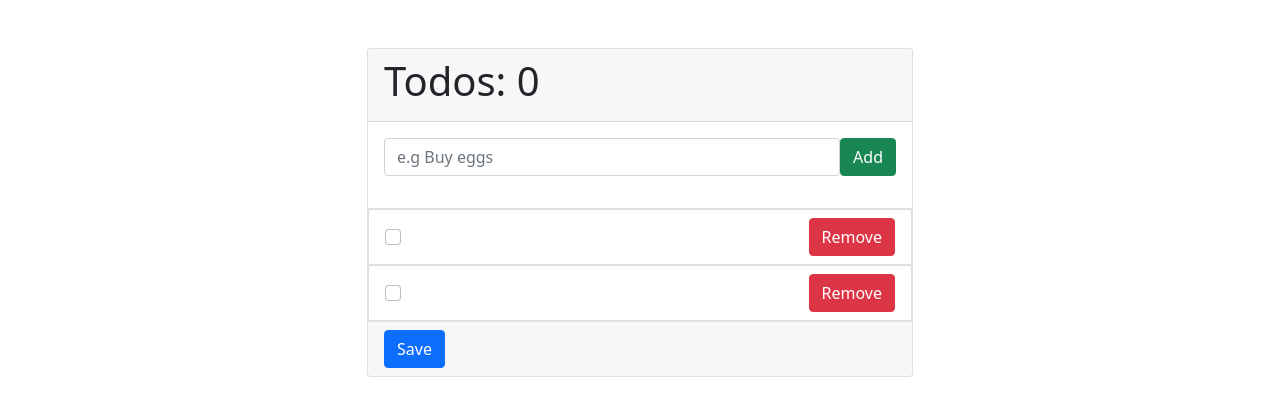
Repository: saidabbasun/TODO-react-redux
Page: /
An editor plug-in stored every save of this project. The page is shown before and after a run of saves, followed by the edit.
The browser window is 1280 px wide. The pictures show the whole page.
The project was rebuilt for these pictures with package versions that can differ from the ones it lists, and the page was loaded fresh each time.

Above is the page before, as saved 2022-05-18 08:51:54.

### public/index.html
<!DOCTYPE html>
<html lang="en">
  <head>
    <meta charset="utf-8" />

    <meta name="viewport" content="width=device-width, initial-scale=1" />
    <meta name="theme-color" content="#000000" />
    <meta
      name="description"
      content="Web site created using create-react-app"
    />
    <link href="https://cdn.jsdelivr.net/npm/bootstrap@5.0.2/dist/css/bootstrap.min.css" rel="stylesheet" integrity="sha384-EVSTQN3/azprG1Anm3QDgpJLIm9Nao0Yz1ztcQTwFspd3yD65VohhpuuCOmLASjC" crossorigin="anonymous">

    <title>React App</title>
  </head>
  <body>

    <div id="root"></div>

  </body>
</html>

### src/index.js
import React from 'react';
import ReactDOM from 'react-dom/client';
import { Provider } from 'react-redux';
import App from './App';

 import { store } from './configStore';
const root = ReactDOM.createRoot(document.getElementById('root'));
root.render(
  <React.StrictMode>
    <Provider store={store}>
    <App />
    </Provider>

  </React.StrictMode>
);

### src/App.jsx
import TodoItems from "./components/todo-itams";
import TodosForm from "./components/todos-form";
import TodosFooter from "./components/todos-footer";
import TodosHeader from "./components/todos-header";
function App() {
  return (
    <div className="container">
      <div className="row">
        <div className="col-md-6 offset-md-3">
          <div className="card mt-5">
           <TodosHeader/>
           <TodosForm/>
           <TodoItems/>
           <TodosFooter/>
              </div>
            </div>
          </div>
        </div>

  );
}

export default App;

### src/configStore.js
import {applyMiddleware, createStore}  from "redux";
import rootReducer from "./reducers";
import { composeWithDevTools } from "redux-devtools-extension";
import logger from "redux-logger";

export const store = createStore(rootReducer,composeWithDevTools(applyMiddleware(logger) ));

### src/components/todo-itams.jsx
import React from 'react'
import TodoItem from './todos-itam';
import { useSelector } from "react-redux";

 const TodoItems =() =>{
    const todos=useSelector(state=> state.todos);

  return (
    <ul className="list-group list-group-flush">
             {
             todos.length > 0 ? todos.map(item =>(
                    <TodoItem text={item.text} key={item.key} id={item.id}/>
                 )):(
                     <h6 className='text-center m-3'>Todos not created yet</h6>
                 )
               }

    </ul>
  )
}
export default TodoItems;

### src/components/todos-form.jsx
import React from "react";

export default function TodosForm() {
  return (
    <div className="card-body">
      <form className="mb-3 d-flex justify-content-between align-items-center">


          <input
            type="text"
            className="form-control "
            id="exampleFormControlInput1"
            placeholder="e.g Buy eggs"
          />

        <button className=" btn btn-success"> Add</button>
      </form>
    </div>
  );
}

### src/components/todos-footer.jsx
import React from 'react'

export default function TodosFooter() {
  return (
    <div className=" card-footer">
    <button className="btn btn-primary">Save</button>
  </div>
  )
}

### src/components/todos-header.jsx
import React from 'react';
const TodosHeader=()=>{
    return(
        <div className="card-header">
        <h1>Todos: 0</h1>
        </div>
    );
}
export default TodosHeader;

### src/reducers/index.js
import { combineReducers } from "redux";
import todos from "./todos";
const rootReducer=combineReducers({
todos,
})
export default rootReducer

### src/components/todos-itam.jsx
import React from "react";


export default function TodoItem(id,text) {

  return (
    <div>

      <li className="list-group-item d-flex justify-content-between align-items-center ">
        <div>
          <input
            className="form-check-input me-2"
            type="checkbox"
            value=""
            id="flexCheckDefault"
          />
          <label className="form-check-label" htmlFor="flexCheckDefault">

          </label>
        </div>
        <button className="btn btn-danger">Remove</button>
      </li>
    </div>
  );
}

### src/reducers/todos.jsx
const initialState=[
    {
        id:1,
        text:'Buy milk'
    },
    {
        id:2,
        text:'Buy eggs'
    }
]

const todos=(state=initialState,action)=>{
return state;
}

export default todos

After the next 6 saves:
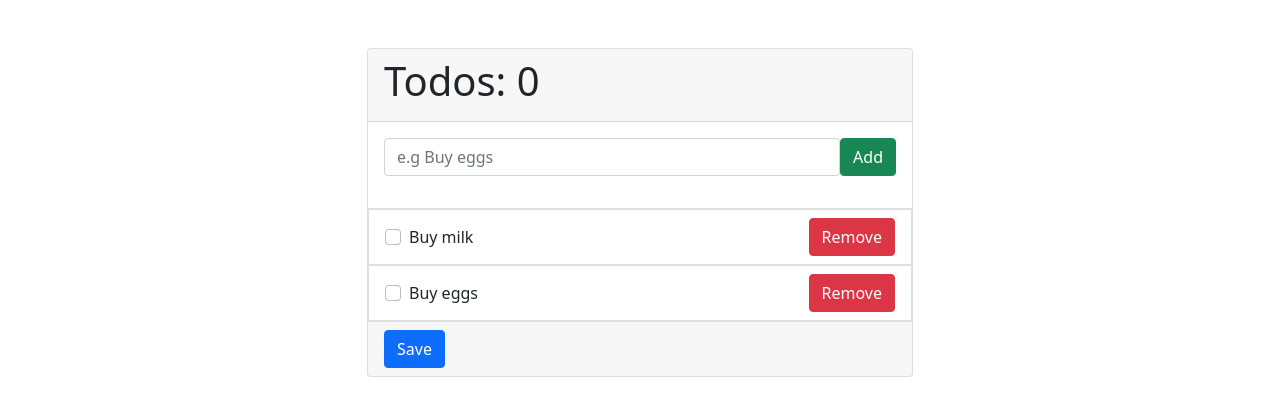
The 6 saves are shown as one change because 4 did not build or start and some came seconds apart.
The last was saved 2 min 22 s later.
--- a/src/components/todos-itam.jsx
+++ b/src/components/todos-itam.jsx
@@ -1,7 +1,7 @@
 import React from "react";
 
 
-export default function TodoItem(id,text) {
+export default function TodoItem(props) {
 
   return (
     <div>
@@ -15,7 +15,7 @@ export default function TodoItem(id,text) {
             id="flexCheckDefault"
           />
           <label className="form-check-label" htmlFor="flexCheckDefault">
-
+            {props.text}
           </label>
         </div>
         <button className="btn btn-danger">Remove</button>
